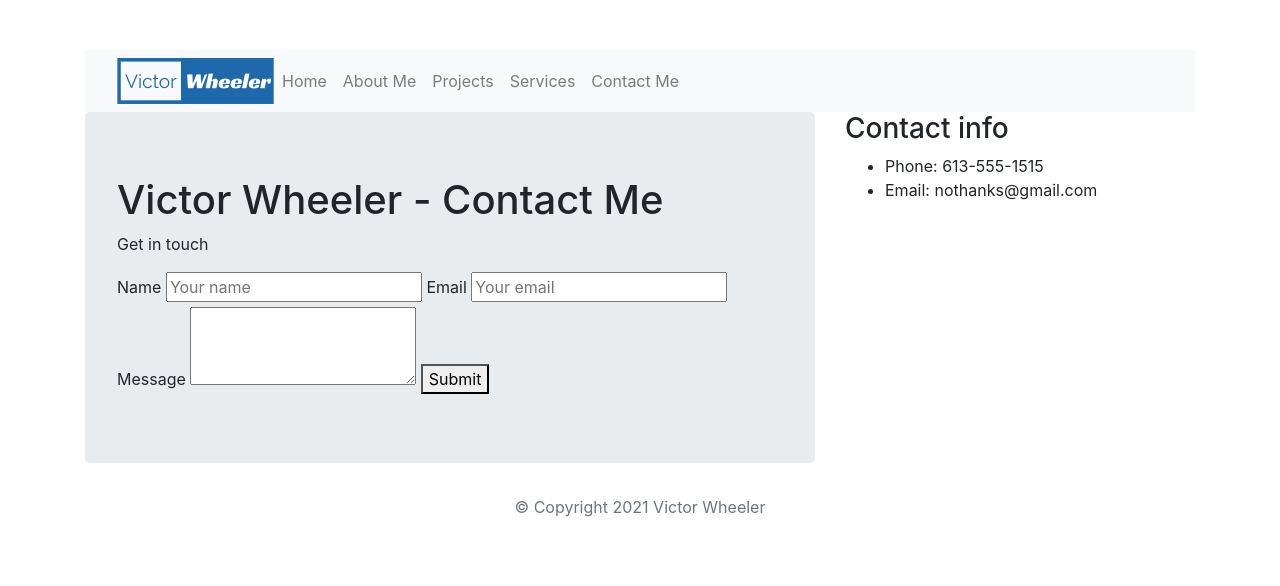
Repository: VictorWheeler/COMP_229_301167760
Page: http://localhost/contact
These files come from the project's save history. The page is drawn as it stood at one moment and after the next save; the edit follows.
The browser window is 1280 px wide. The pictures show the whole page.
The page is served by the project's Node server (server.js).

Above is the page before, as saved 2021-09-30 10:27:57.

After the next save:
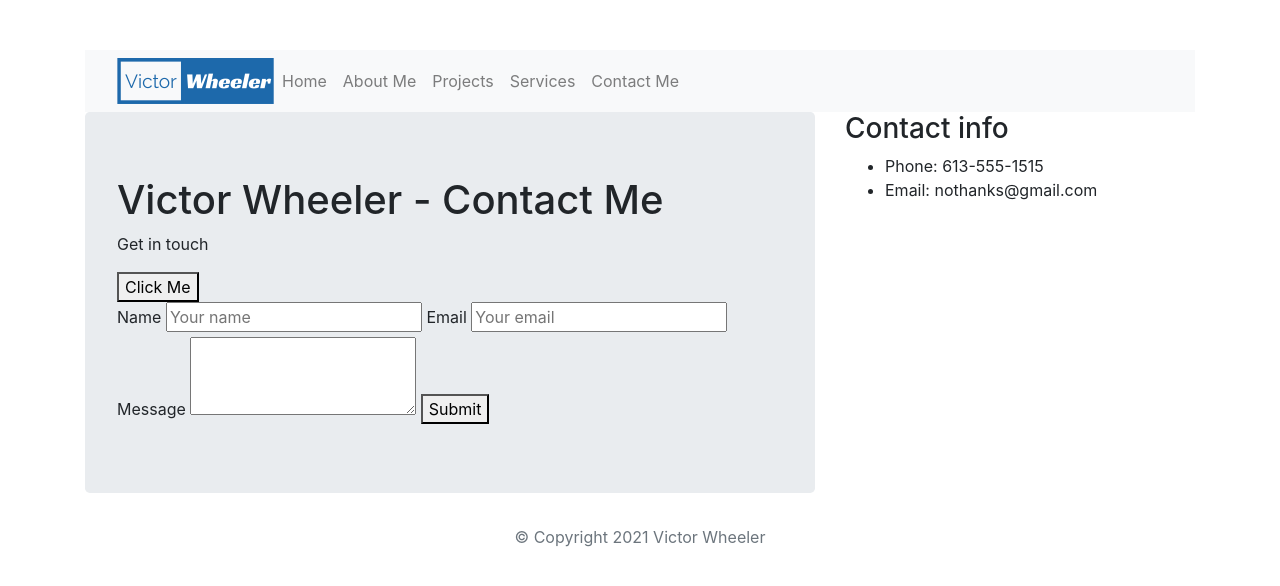
Saved 3 min 40 s later.
--- a/Express-Portfolio-Site/views/pages/contact.ejs
+++ b/Express-Portfolio-Site/views/pages/contact.ejs
@@ -16,6 +16,7 @@
       <h1>Victor Wheeler - Contact Me</h1>
       <p>Get in touch</p>
 
+      <button onclick="location.href='/'">Click Me</button>
 <form action="/contact" id="contact-form" method="post" role="form">
   <fieldset>
     <label for="name">Name</label>

After the save that followed:
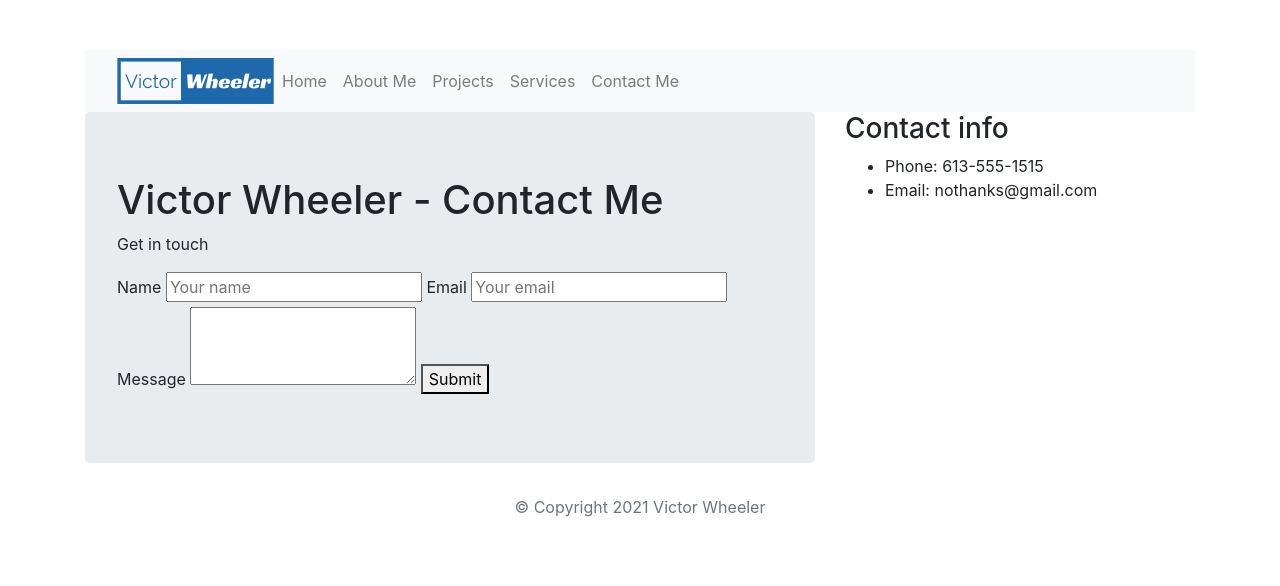
Saved 47 s later.
--- a/Express-Portfolio-Site/views/pages/contact.ejs
+++ b/Express-Portfolio-Site/views/pages/contact.ejs
@@ -16,7 +16,7 @@
       <h1>Victor Wheeler - Contact Me</h1>
       <p>Get in touch</p>
 
-      <button onclick="location.href='/'">Click Me</button>
+
 <form action="/contact" id="contact-form" method="post" role="form">
   <fieldset>
     <label for="name">Name</label>
@@ -44,7 +44,7 @@
       required>
     </textarea>
 
-    <button type="submit">Submit</button>
+    <button onclick="location.href='/'">Submit</button>
   </fieldset>
 </form>
 
